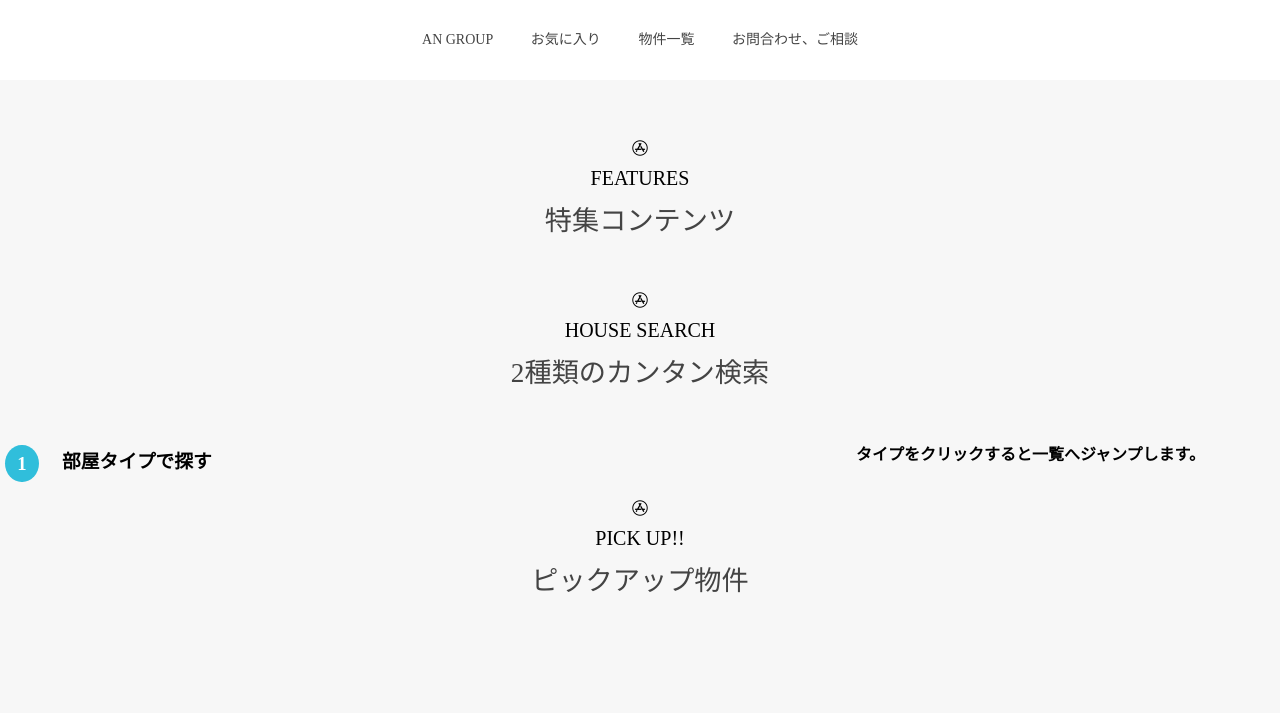
Repository: ninhdavid/real-estate
Page: index.html
These files come from the project's save history. The page is drawn as it stood at one moment and after the next save; the edit follows.
The browser window is 1280 px wide. The pictures show the whole page.
Some web libraries are served in a nearby version. The style sheet was rebuilt from its Sass, Less or Tailwind sources for each picture, by a compiler version that may differ from the author's.

Above is the page before, as saved 2022-05-10 21:10:58.

### index.html
<!DOCTYPE html>
<html lang="en">

<head>
    <meta charset="UTF-8">
    <meta http-equiv="X-UA-Compatible" content="IE=edge">
    <meta name="viewport" content="width=device-width, initial-scale=1.0">
    <link rel="stylesheet" href="css/main.css">
    <script src="https://kit.fontawesome.com/691ec27588.js" crossorigin="anonymous"></script>
    <title>Document</title>
</head>

<body>
    <div class="main-container">
        <div class="header">
            <div class="img-header"></div>
        </div>
        <div class="main-nav">
            <ul id="nav">
                <li><a class="nav-img" href="#">
                        <!-- <img src="./asset/img/logo/logo-edited.png" alt=""> -->
                        AN GROUP
                    </a></li>
                <li><a href="#">お気に入り</a></li>
                <li><a href="#">物件一覧</a></li>
                <li><a href="#">お問合わせ、ご相談</a></li>
            </ul>
        </div>
        <div class="content">
            <div class="content-section">
                <div class="title-section">
                    <i class="fa-brands fa-app-store"></i>
                    <p>FEATURES</p>
                    <p>特集コンテンツ</p>
                </div>
                <div id="slider"> </div>
            </div>
            <div class="content-section">
                <div class="title-section">
                    <i class="fa-brands fa-app-store"></i>
                    <p>HOUSE SEARCH</p>
                    <p>2種類のカンタン検索</p>
                </div>
                <div class="content-area">
                    <div class="content-box">
                        <div class="title-area">
                            <h3>
                                <span>1</span>
                                部屋タイプで探す
                            </h3>
                            <p>タイプをクリックすると一覧へジャンプします。</p>
                        </div>
                        <div class="tpye-list">
                            <div class="list-bg"></div>
                            <p class="list-title"></p>
                            <p class="list-price"></p>
                        </div>
                    </div>
                </div>
            </div>
            <div class="content-section">
                <div class="title-section">
                    <i class="fa-brands fa-app-store"></i>
                    <p>PICK UP!!</p>
                    <p>ピックアップ物件</p>
                </div>
                <div></div>
            </div>
        </div>

    </div>



</body>
<script src="asset/java-script/chat-online.js"></script>

</html>

### css/main.scss


*{
    padding: 0;
    margin: 0;
    box-sizing: border-box;
}

.main-nav{
    // height: 85px;
    background-color: #fff;
    width: 100%;
    z-index:10;
    height: 5em;
    text-align: center;
}
#nav{
    display:inline-block;
}
#nav,
.subnav {
    list-style-type: none;
}
#nav > li{
    display:inline-block;
}
#nav  li{
    position: relative;
    top:11px;
}
#nav li a{
    display: block;
    text-decoration: none;
    line-height: 24px;
    font-size: 14px;
    padding: 1.2em;
}
#nav>li>a{
    color: rgb(68,68,68);
    text-transform: uppercase;
}
// .nav-img{
//     background-image: url("/asset/img/logo/logo-edited.png");
//     height:80px;
//     width: 100px;
//     padding: 5px 0;
//     background-position: center; /* Center the image */
//     background-repeat: no-repeat; /* Do not repeat the image */
//     background-size: cover;
// }
.content{
    background-color: #f7f7f7;
    padding: 60px 5px;
}
.content-section{
    display: block;
    text-align: center;
}
.title-section{

}
.title-section i {

}
.tittle-section p{
    font-weight: bold;
}
.title-section>p:nth-of-type(1){
    font-size: 1.25em;
    line-height: 1;
    padding: 10px 0;
}
.title-section p:nth-of-type(2){
    font-size: 1.7em;
    color: #444444;
    padding-bottom: 2em;
}
.content-area{
    width: 1200px;
}

.content-box{
    width: 100%;
}
.content-box p {
    display: inline-block;
}
.title-area{
    display:flex;
    justify-content:space-between;
    // font-size: 2em;
    font-weight: bold;
    line-height: 1.2;
}
.title-area>h3>span{
    width: 1.8em;
    line-height: 2em;
    background-color: #30bedb;
    color: #fff;
    display:inline-block;
    vertical-align: middle;
    margin-right: 1em;
    // font-size: 1.6428571429em;
    // font-size: 1.2em;
    font-weight: bold;
    text-align: center;
    border-radius: 50% 50% 50% 50%;
}
.tpye-list{

}
.list-bg{

}
.list-title{

}
.list-price{

}

Loaded but not shown: asset/java-script/chat-online.js (no stored copy; drawn as an empty file)

After the next save:
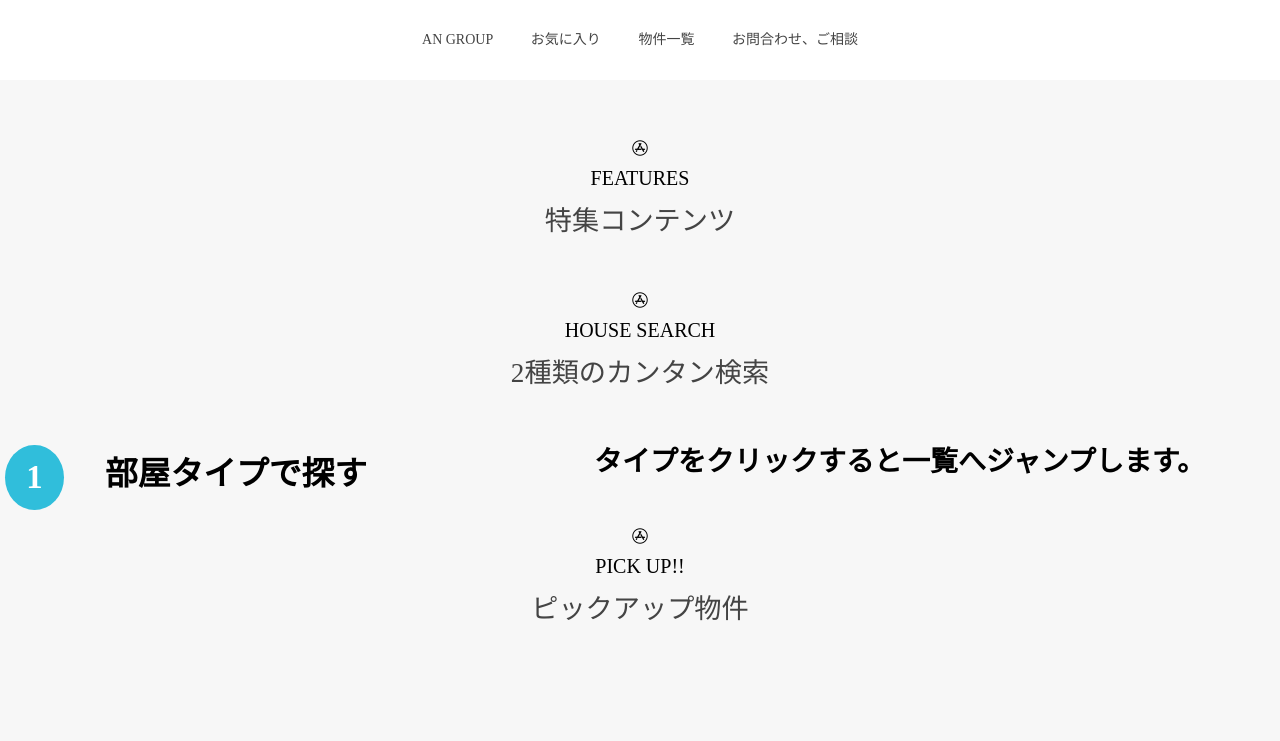
Saved 6 s later.
--- a/css/main.scss
+++ b/css/main.scss
@@ -89,6 +89,7 @@
     display:flex;
     justify-content:space-between;
     // font-size: 2em;
+    font-size: 28px;
     font-weight: bold;
     line-height: 1.2;
 }

After the save that followed:
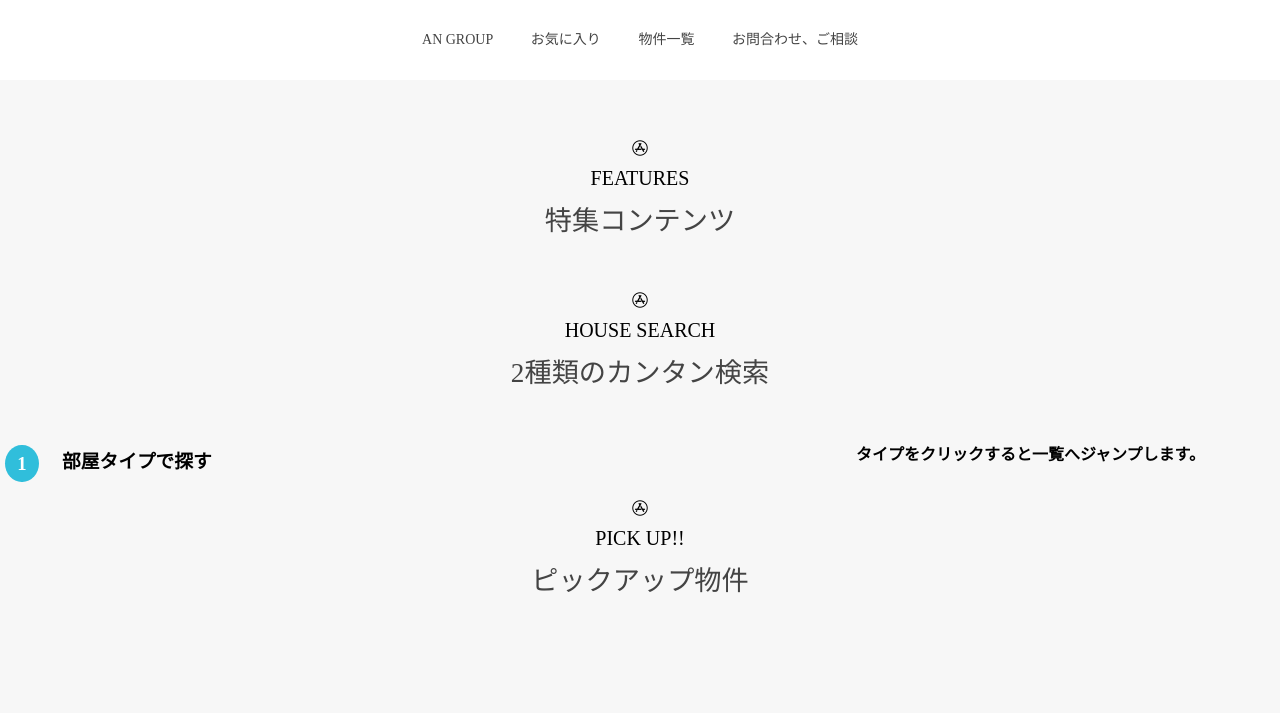
Saved 20 s later.
--- a/css/main.scss
+++ b/css/main.scss
@@ -89,7 +89,7 @@
     display:flex;
     justify-content:space-between;
     // font-size: 2em;
-    font-size: 28px;
+    // font-size: 28px;
     font-weight: bold;
     line-height: 1.2;
 }
